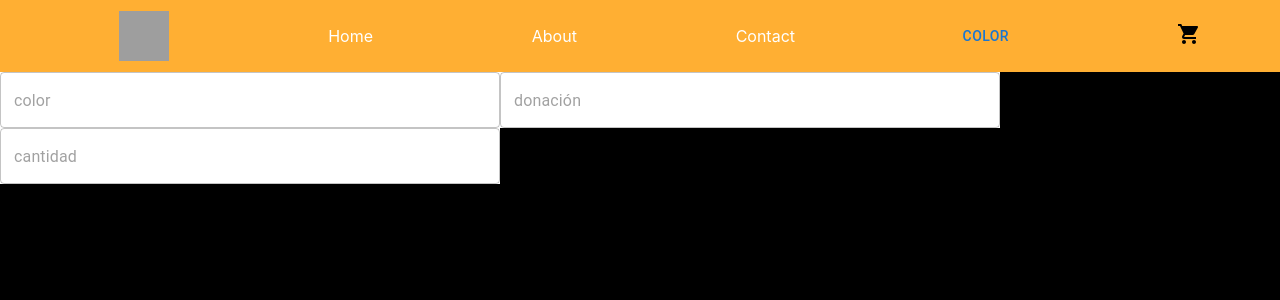
Repository: Toydrum/React-Hector-Coronado-EntregaFinal
Page: /shop
These files come from the project's save history. The page is drawn as it stood at one moment and after the next save; the edit follows.
The browser window is 1280 px wide. The pictures show the whole page.
Pictures or frames that could not be fetched are drawn as grey boxes. The project was rebuilt for these pictures with package versions that can differ from the ones it lists, and the page was loaded fresh each time. Also part of the build but not shown: vite.config.js, src/components/CardUser/CardUser.jsx, src/components/CardList/CardList.css, src/firebase/firebaseConfig.js, src/components/CardList/CardList.jsx, src/pages/HomePage/HomePage.jsx, src/pages/ContactPage/ContactPage.jsx, src/pages/AboutPage/AboutPage.jsx and 1 more.

Above is the page before, as saved 2023-07-16 17:47:33.

### src/App.jsx
//import React from "react";
import "./App.css";
import { BrowserRouter as Router, Routes, Route } from "react-router-dom";
//Components
import NavBar from "./components/Navbar/Navbar";
//import MenuColor from "./components/MenuColor/MenuColor";
//import CardUser from "./components/CardUser/CardUser";

//Pages
import HomePage from "./pages/HomePage/HomePage";
import ContactPage from "./pages/ContactPage/ContactPage";
import AboutPage from "./pages/AboutPage/AboutPage";
import DetailPage from "./pages/DetailPage/DetailPage";
import ShopPage from "./pages/ShopPage/ShopPage";

const App = () => {
  return (
    <Router>
      <div className="App">
        <NavBar />
        <Routes>
          <Route path="/" element={<HomePage />}></Route>
          <Route path="/About" element={<AboutPage />}></Route>
          <Route path="/Contact" element={<ContactPage />}></Route>
          <Route path="/detail/:id" element={<DetailPage />}></Route>
          <Route path="/shop" element={<ShopPage />}></Route>
        </Routes>
        <div className="Cards-Container"></div>
      </div>
    </Router>
  );
};

export default App;

### src/App.css
body{
  background-color: black;
}

.App {
  display: flex;
  flex-direction: column;
  justify-content: center;
}

.Cards-Container{
  display: flex;
  width: 100%;
  justify-content: center;
}

### src/components/Navbar/Navbar.jsx
import React from "react";
import "./Navbar.css";
import logo from "./cat-logo.svg";
import { Link } from "react-router-dom";
import CartWidget from "../CartWidget/CartWidget";
import MenuColor from "../MenuColor/MenuColor";

const NavBar = () => {
  return (
    <nav className="nav-container">
      <ul className="nav-ul">
        <img src={logo} alt="gatito" style={{ height: 50, width: 50 }} />
        <li className="li">
          <Link to="/" className="li">
            Home
          </Link>
        </li>
        <li className="li">
          <Link to="/about" className="li">
            About
          </Link>
        </li>
        <li className="li">
          <Link to="/contact" className="li">
            Contact
          </Link>
        </li>
        <li className="li">
          <MenuColor />
        </li>
        <li className="li">
          <Link to="/shop" className="li">
            <CartWidget className="li" />
          </Link>
        </li>
      </ul>
    </nav>
  );
};

export default NavBar;

### src/pages/ShopPage/ShopPage.jsx
import React from "react";
import TextField from "@mui/material/TextField";
import "./Styles.css";

const ShopPage = () => {
  return (
    <>
      <div className="caja">
        <h1>ShopPage</h1>
        <form>
          <TextField name="color" className="campo" placeholder="color" />
          <TextField name="donación" className="campo" placeholder="donación" />
          <TextField name="cantidad" className="campo" placeholder="cantidad" />
        </form>
      </div>
    </>
  );
};

export default ShopPage;

### src/components/Navbar/Navbar.css
.nav-container {
  background-color: #FFAF33;
  height: 10vh;
  display: flex;
  width: 100%;
  justify-content: space-around;
  align-items: center;
}

.nav-ul {
  display: flex;
  width: 100%;
  justify-content: space-around;
  align-items: center;
}

.li {
  color: white;
  list-style-type: none;
  text-decoration: none;
}

### src/components/CartWidget/CartWidget.jsx
import React from "react";
import ShoppingCartIcon from "@mui/icons-material/ShoppingCart";
import { Link } from "react-router-dom";

const CartWidget = () => {
  return (
    <div style={{ color: "black" }}>
      <ShoppingCartIcon />
    </div>
  );
};

export default CartWidget;

### src/components/MenuColor/MenuColor.jsx
import * as React from "react";
import Button from "@mui/material/Button";
import Menu from "@mui/material/Menu";
import MenuItem from "@mui/material/MenuItem";

const MenuColor = () => {
  const [anchorEl, setAnchorEl] = React.useState(null);
  const open = Boolean(anchorEl);
  const handleClick = (event) => {
    setAnchorEl(event.currentTarget);
  };
  const handleClose = () => {
    setAnchorEl(null);
  };

  return (
    <div>
      <Button
        id="demo-positioned-button"
        aria-controls={open ? "demo-positioned-menu" : undefined}
        aria-haspopup="true"
        aria-expanded={open ? "true" : undefined}
        onClick={handleClick}
      >
        Color
      </Button>
      <Menu
        id="demo-positioned-menu"
        aria-labelledby="demo-positioned-button"
        anchorEl={anchorEl}
        open={open}
        onClose={handleClose}
        anchorOrigin={{
          vertical: "top",
          horizontal: "left",
        }}
        transformOrigin={{
          vertical: "top",
          horizontal: "left",
        }}
      >
        <MenuItem onClick={handleClose}>Profile</MenuItem>
        <MenuItem onClick={handleClose}>My account</MenuItem>
        <MenuItem onClick={handleClose}>Logout</MenuItem>
      </Menu>
    </div>
  );
};

export default MenuColor;

### src/pages/ShopPage/Styles.css
.campo{
  display: flex;
  flex-flow: column;
  width: 500px;
  background-color : white;
  color: black;

}

.caja{
  display:flex;
  justify-content: center;
  flex-flow: column-reverse;
  color:black;
}

Loaded but not shown: index.html (common file); src/main.jsx (common file); src/index.css (common file)

After the next save:
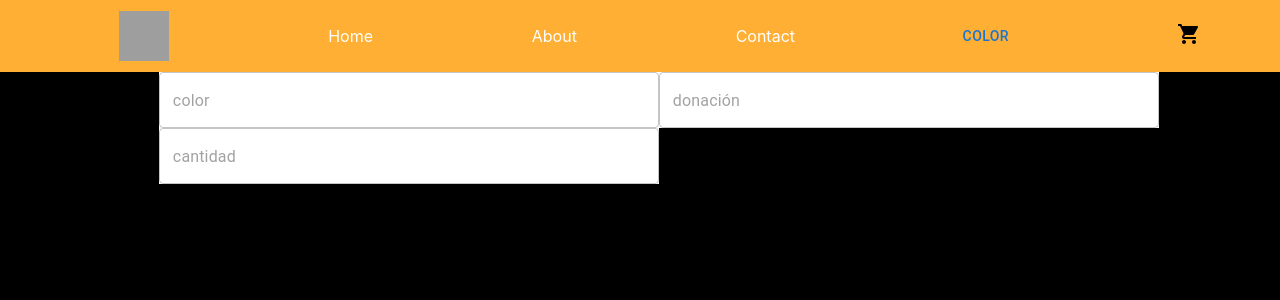
Saved 15 s later.
--- a/src/pages/ShopPage/Styles.css
+++ b/src/pages/ShopPage/Styles.css
@@ -10,6 +10,5 @@
 .caja{
   display:flex;
   justify-content: center;
-  flex-flow: column-reverse;
   color:black;
 }
